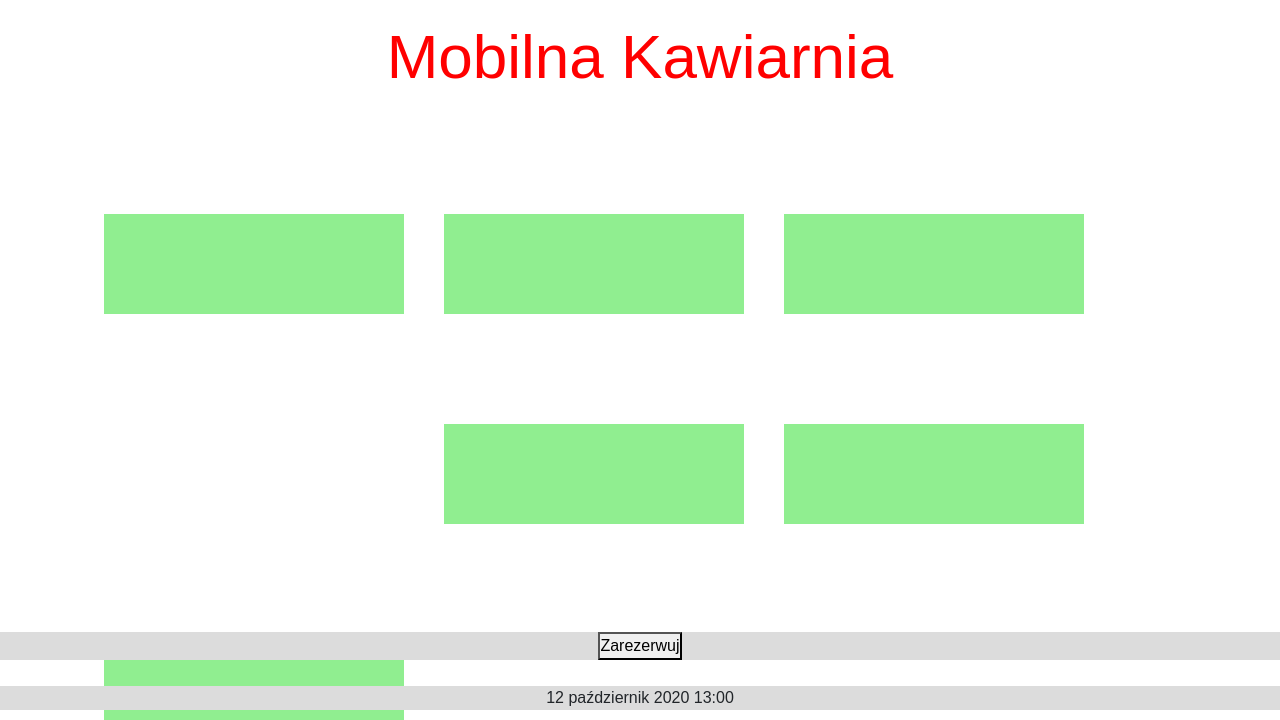
Repository: K009/MobilnaKawiarnia
Page: index.html
These files come from the project's save history. The page is drawn as it stood at one moment and after a run of saves; the edit follows.
The browser window is 1280 px wide. The pictures show the whole page.

Above is the page before, as saved 2020-12-23 17:06:05.

### index.html
<html>
  <head>
    <title>Mobilna Kawiarnia</title>
    <link rel="stylesheet" href="style.css" />
    <script src="scripts.js"></script>
    <link href="https://cdn.jsdelivr.net/npm/bootstrap@5.0.0-beta1/dist/css/bootstrap.min.css" rel="stylesheet" integrity="sha384-giJF6kkoqNQ00vy+HMDP7azOuL0xtbfIcaT9wjKHr8RbDVddVHyTfAAsrekwKmP1" crossorigin="anonymous">
    <script src="https://cdn.jsdelivr.net/npm/bootstrap@5.0.0-beta1/dist/js/bootstrap.bundle.min.js" integrity="sha384-ygbV9kiqUc6oa4msXn9868pTtWMgiQaeYH7/t7LECLbyPA2x65Kgf80OJFdroafW" crossorigin="anonymous"></script>
  </head>
  <body>
    <div class="main">
        <div class="logo">
          <h1><a href="">Mobilna Kawiarnia</a></h1>
        </div>

        <div id="center">

            <div class="tableUp">
                <svg class ="table" width="300" height="110">
                    <rect class ="table" width="300" height="100"/>
                  </svg>
            </div>

            <div class="tableUp">
                <svg width="300" height="110">
                    <rect class ="table" width="300" height="100"/>
                  </svg>
            </div>

            <div class="tableUp">
                <svg width="300" height="110">
                    <rect class ="table" width="300" height="100"/>
                  </svg>
            </div>

            <div class="tableUp">
                <svg width="300" height="110">
                    <rect class ="table" width="300" height="100"/>
                </svg>
            </div>

            <div class="tableUp">
                <svg width="300" height="110">
                    <rect class ="table" width="300" height="100"/>
                </svg>
            </div>

            <div class="tableUp">
                <svg width="300" height="110">
                    <rect class ="table" width="300" height="100" />
                </svg>
            </div>

        </div>

        <div id="bottomButton">
            <button id="submitDate" onclick="submit(this.id)">Zarezerwuj</button>
        </div>

        <div id="bottomMenu">
            12 październik 2020     13:00
        </div>
    </div>

    <script>

    </script>
  </body>
</html>

### style.css
* {
  margin: 0;
  padding: 0;
  font-family: sans-serif;
}
.main {
  width: 100%;
  height: 100vh;
  position: relative;
  overflow: hidden;
  background: white;
}
.logo {
  flex-basis: 20%;
}
.logo h1 {
  text-align: center;
  color: red;
  font-size: 62px;
  margin: 20 20px;
}
.logo h1 a {
  text-decoration: none;
  color: red;
}
#center {
  margin-left: 5%;
}
.tableUp {
  margin: 100 0 0 40px;
  float: left;
}
.table {
  fill: #90ee90;
}
.table:hover {
  fill: #88e388;
}
#bottomButton {
  background-color: gainsboro;
  text-align: center;
  position: absolute;
  width: 100%;
  bottom: 60px;
}
#submitDate {
  font-size: 16px;
}
#bottomMenu {
  background-color: gainsboro;
  text-align: center;
  position: absolute;
  width: 100%;
  bottom: 10px;
}

### scripts.js
console.log('xxdd');

// let submitButton = document.getElementById('submitDate');

// submitButton.onclick = function () {
//   console.log('klikniety!!');
// };

function submit(clicked_id) {
  console.log(clicked_id);
}

After the next 5 saves:
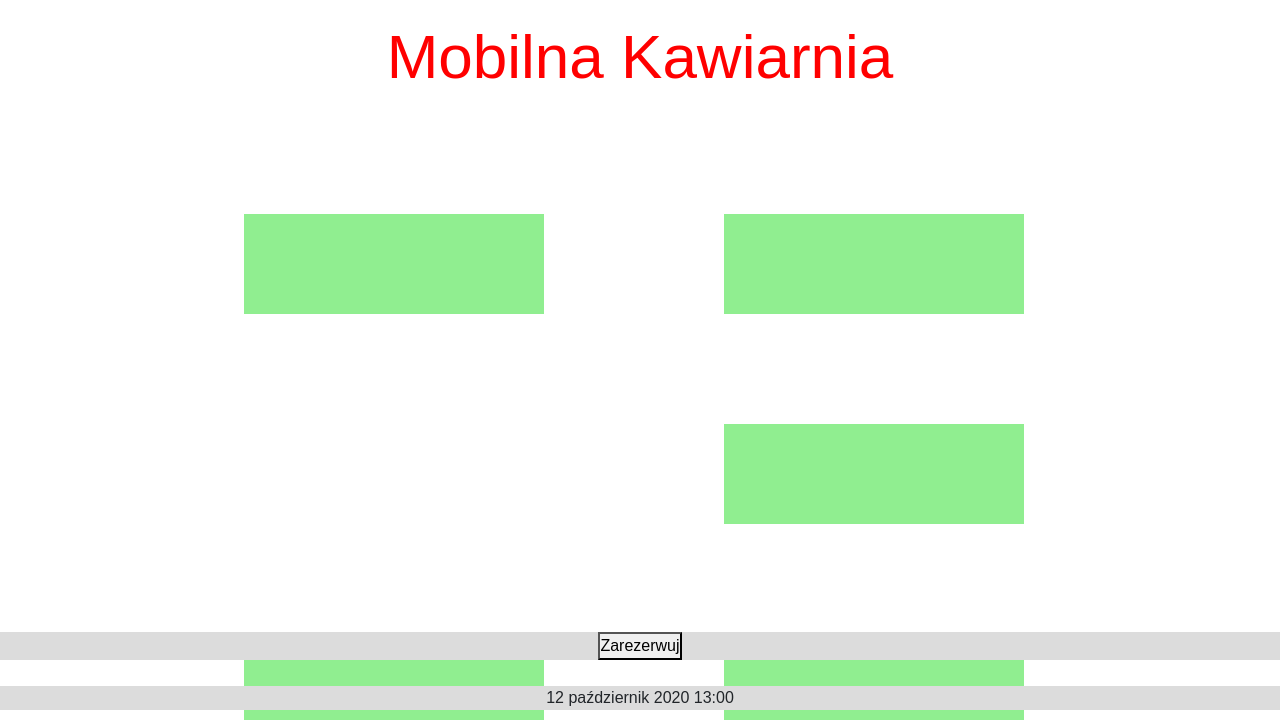
The 5 saves are shown as one change because they came seconds apart.
The last was saved 13 s later.
--- a/style.css
+++ b/style.css
@@ -27,7 +27,7 @@
   margin-left: 5%;
 }
 .tableUp {
-  margin: 100 0 0 40px;
+  margin: 100 0 0 180px;
   float: left;
 }
 .table {
